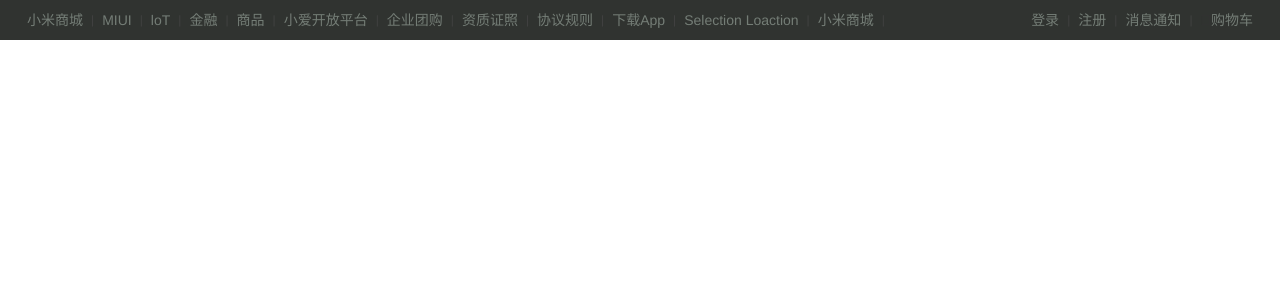
Repository: chenguocan/mi
Page: index.html
The author's editor kept a copy of each file at every save. The page is drawn from the files as they stood at one save, then again after the next save.
The browser window is 1280 px wide. The pictures show the whole page.

Above is the page before, as saved 2020-10-13 10:29:50.

After the next save:
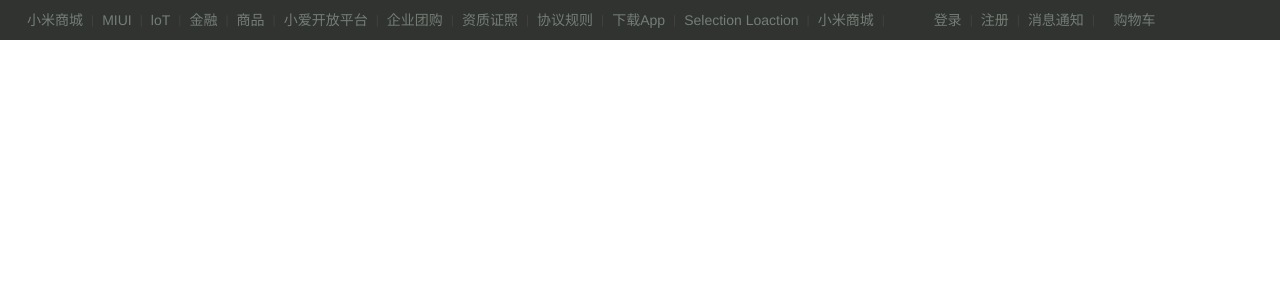
Saved 46 s later.
--- a/css/index.css
+++ b/css/index.css
@@ -28,6 +28,9 @@
     color:#424242;
     margin:0 8px;
 }
+.topbar .shop-cart{
+    width: 150px;
+}
 .topbar .shop-cart:hover,.topbar .shop-cart  li a:hover{
     color:rgb(255, 103, 0);
     background: white;
